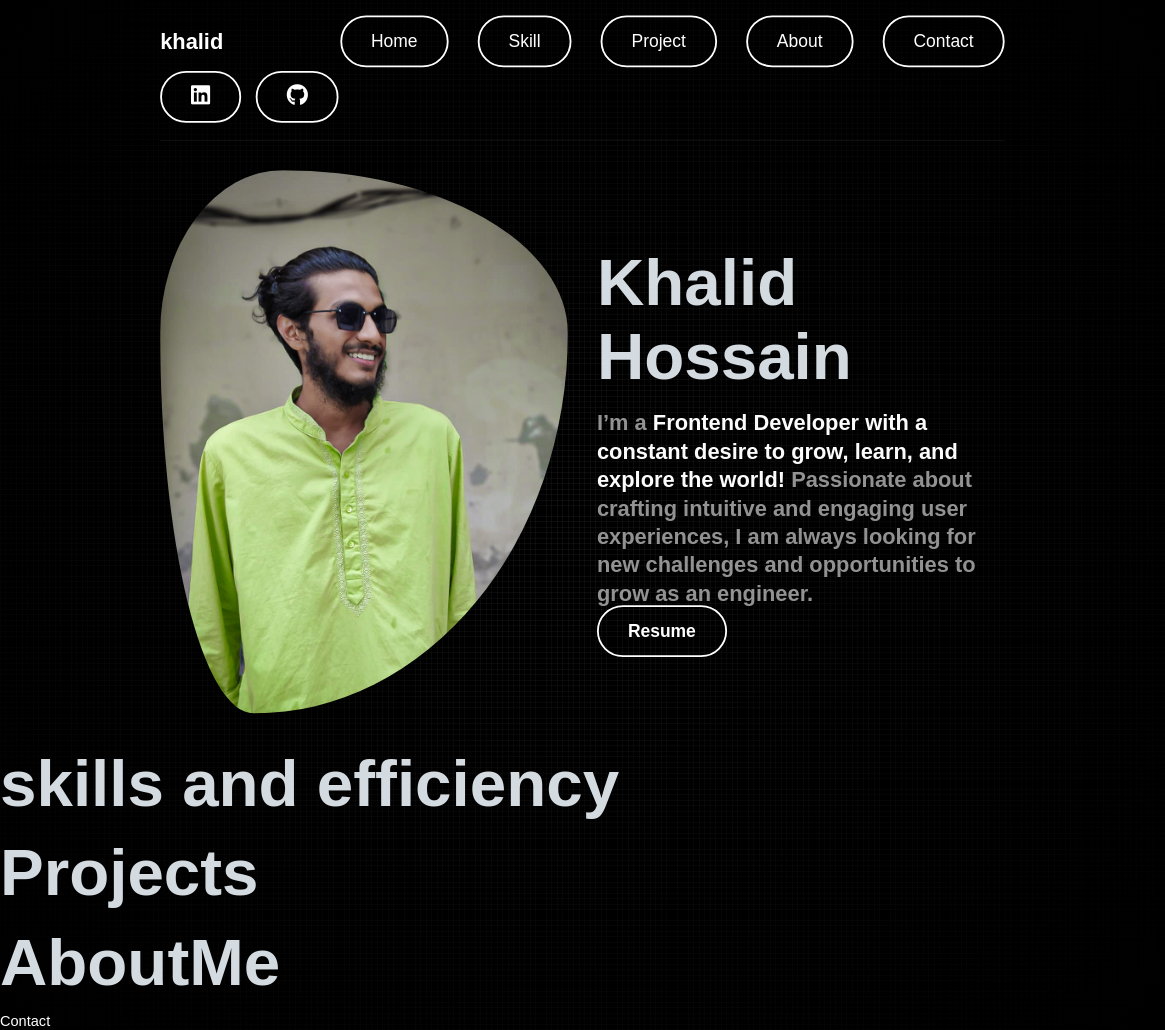
Repository: badhon252/my-portfolio
Page: /
The author's editor kept a copy of each file at every save. The page is drawn from the files as they stood at one save, then again after the next save.
The browser window is 1280 px wide. The pictures show the whole page, at 91% of full size.
The project was rebuilt for these pictures with package versions that can differ from the ones it lists, and the page was loaded fresh each time. Also part of the build but not shown: src/Components/Home/Header/Navbar/Navs/LinkedIn/LinkedIn.module.css, src/Components/Home/Header/Navbar/Navs/GitHub/Github.module.css.

Above is the page before, as saved 2023-01-16 00:19:02.

After the next save:
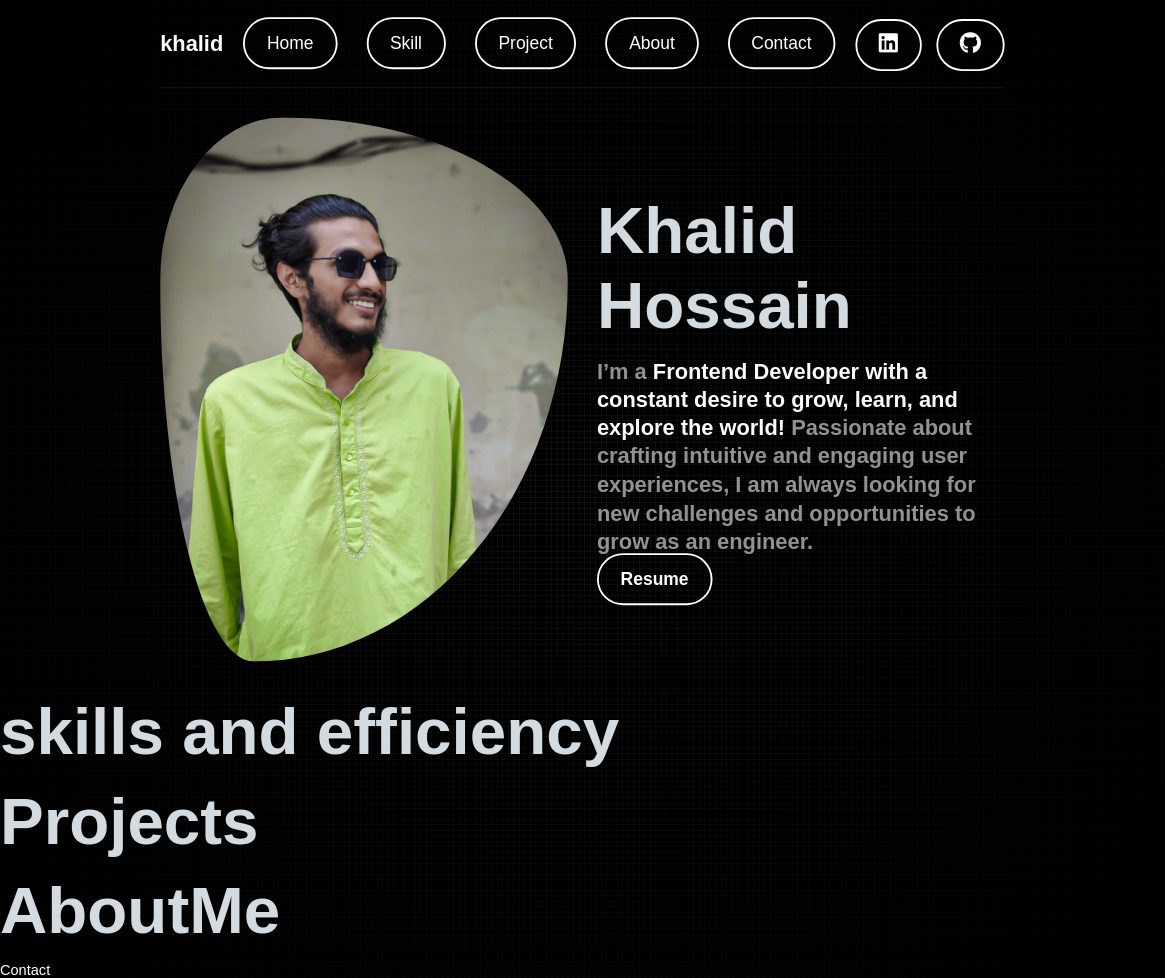
Saved 25 s later.
--- a/src/Components/Home/Header/HeaderContent/Header.module.css
+++ b/src/Components/Home/Header/HeaderContent/Header.module.css
@@ -52,7 +52,7 @@
     color: #fff;
     font-size: 1.2em;
     font-weight: 600;
-    padding: 1rem 2rem;
+    padding: 1rem 1.5rem;
     border: 2px solid #fff;
     border-radius: 50px;
     transition: .5s;

After the save that followed:
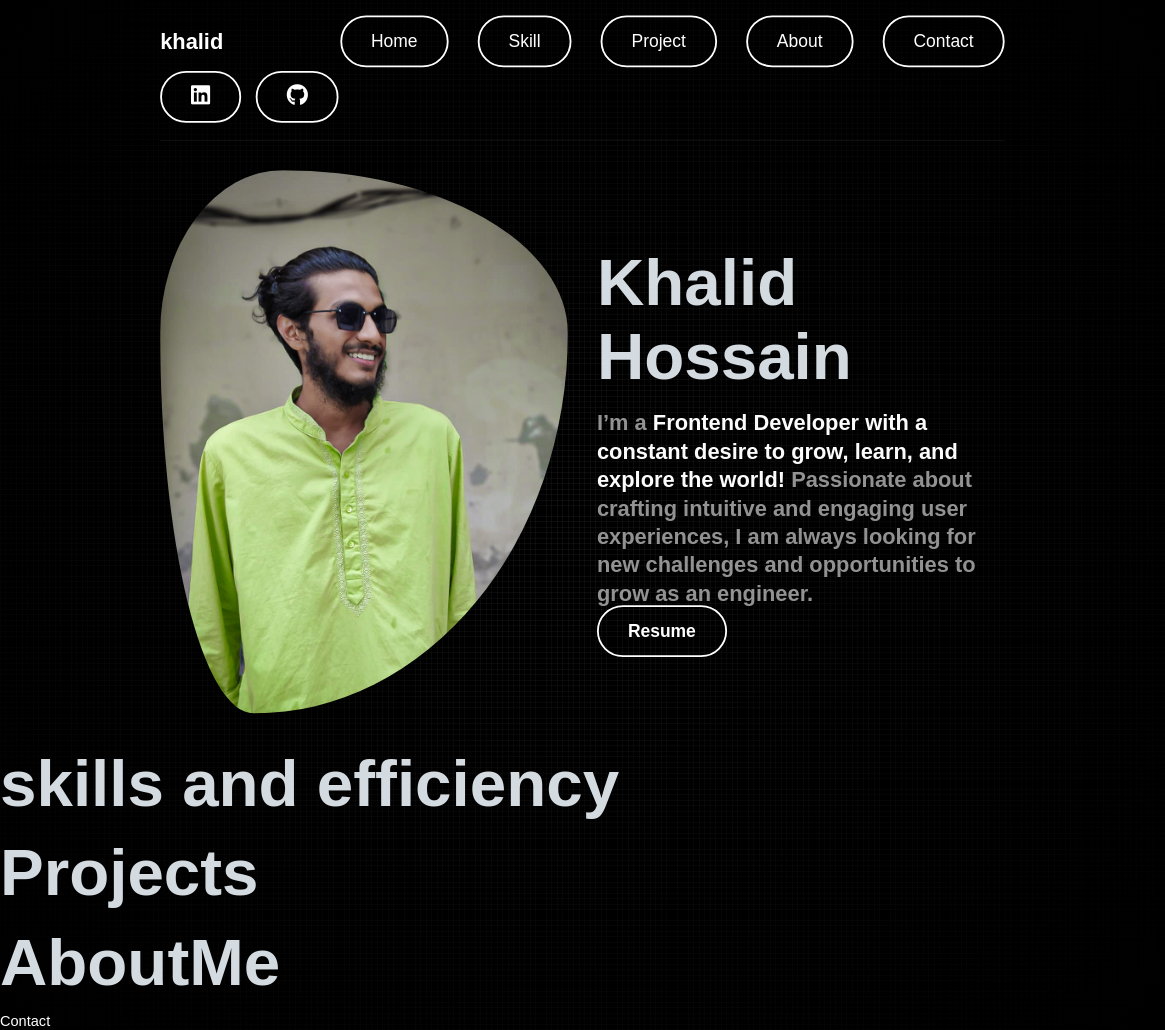
Saved 6 s later.
--- a/src/Components/Home/Header/HeaderContent/Header.module.css
+++ b/src/Components/Home/Header/HeaderContent/Header.module.css
@@ -52,7 +52,7 @@
     color: #fff;
     font-size: 1.2em;
     font-weight: 600;
-    padding: 1rem 1.5rem;
+    padding: 1rem 2rem;
     border: 2px solid #fff;
     border-radius: 50px;
     transition: .5s;
